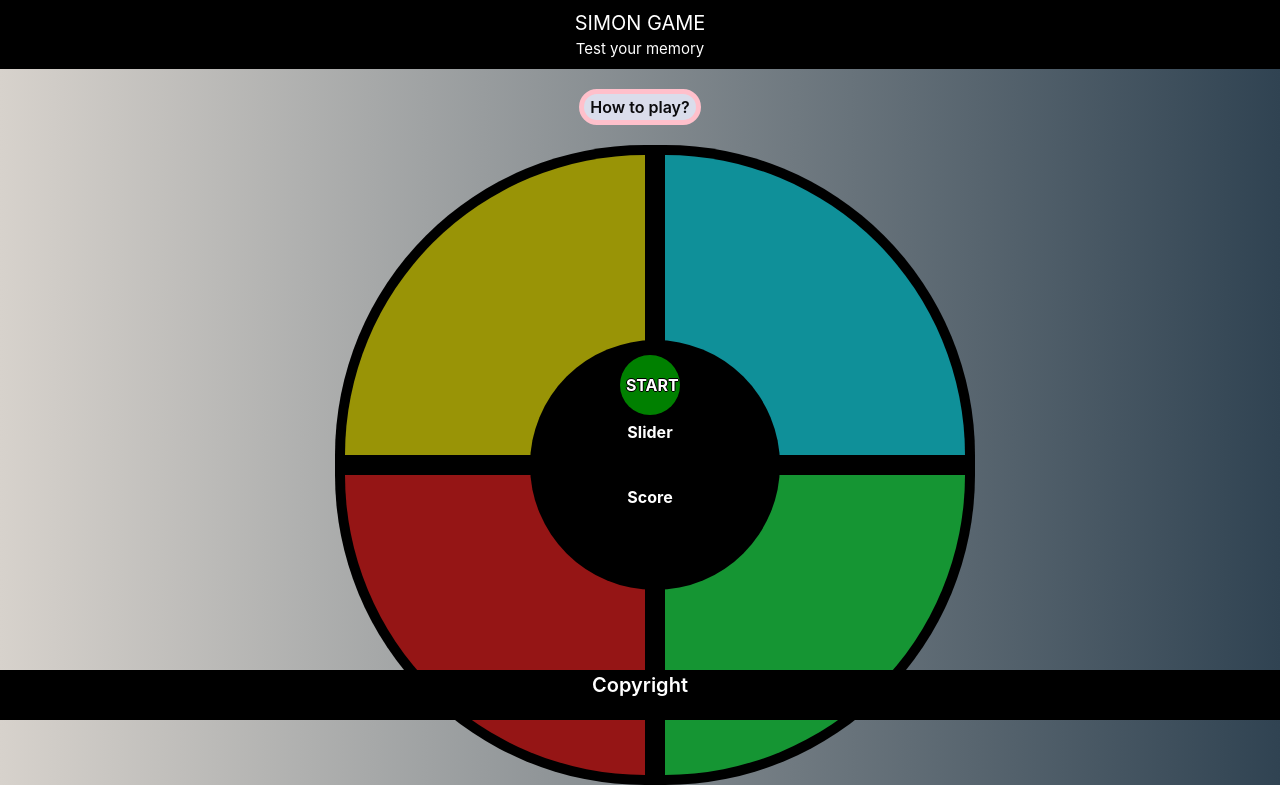
Repository: murphya14/Simon-game
Page: index.html
The author's editor kept a record of every edit. The page is drawn from the files as they stood at one moment, then again after the next edit.
The browser window is 1280 px wide. The pictures show the whole page.

Above is the page before.

After the next edit:
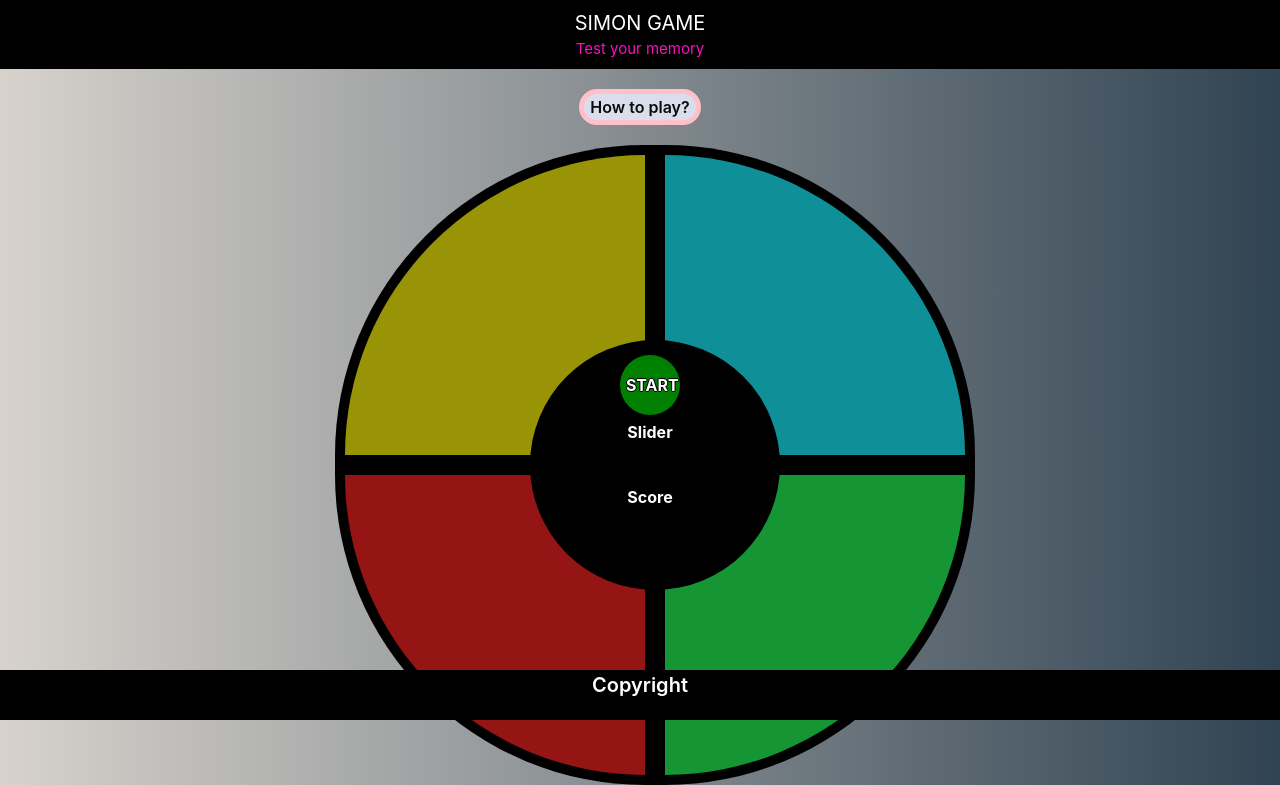
The edit:
--- a/assets/css/style.css
+++ b/assets/css/style.css
@@ -44,6 +44,7 @@
     position: fixed;
     font-size:15px;
     text-align: center;
+    color: #ff0dbf;
 }
 
 
